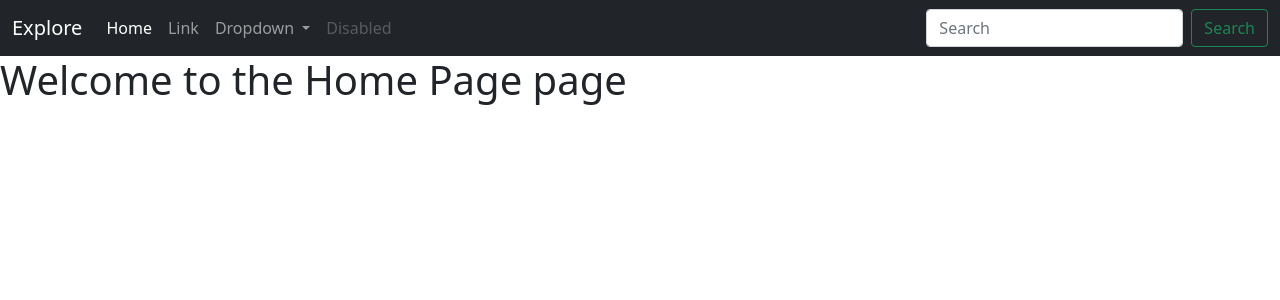
Repository: Survey-Wizard/SurveyWizard
Page: http://localhost/
An editor plug-in stored every save of this project. The page is shown before and after a run of saves, followed by the edit.
The browser window is 1280 px wide. The pictures show the whole page.
The page is served by the project's Node server (server.js). Other server files are loaded and not shown.

Above is the page before, as saved 2021-05-30 09:53:37.

### views/index.ejs
<!DOCTYPE html>
<html lang="en">
<head>
  <meta charset="UTF-8">
  <meta http-equiv="X-UA-Compatible" content="IE=edge">
  <meta name="viewport" content="width=device-width, initial-scale=1.0">
  <title><%= title %></title>
  <link rel='stylesheet' href='/bootstrap/dist/css/bootstrap.min.css' />
  <link rel='stylesheet' href='/@fortawesome/fontawesome-free/css/all.min.css' />
  <link rel='stylesheet' href='/Content/app.css' />

</head>
<body>

  <nav class="navbar navbar-expand-lg navbar-dark bg-dark">
    <div class="container-fluid">
      <a class="navbar-brand" href="#">Explore</a>

      <div class="collapse navbar-collapse" id="navbarSupportedContent">
        <ul class="navbar-nav me-auto mb-2 mb-lg-0">
          <li class="nav-item">
            <a class="nav-link active" aria-current="page" href="#">Home</a>
          </li>
          <li class="nav-item">
            <a class="nav-link" href="#">Link</a>
          </li>
          <li class="nav-item dropdown">
            <a class="nav-link dropdown-toggle" href="#" id="navbarDropdown" role="button" data-bs-toggle="dropdown" aria-expanded="false">
              Dropdown
            </a>
            <ul class="dropdown-menu" aria-labelledby="navbarDropdown">
              <li><a class="dropdown-item" href="#">Action</a></li>
              <li><a class="dropdown-item" href="#">Another action</a></li>
              <li><hr class="dropdown-divider"></li>
              <li><a class="dropdown-item" href="#">Something else here</a></li>
            </ul>
          </li>
          <li class="nav-item">
            <a class="nav-link disabled" href="#" tabindex="-1" aria-disabled="true">Disabled</a>
          </li>
        </ul>
        <form class="d-flex">
          <input class="form-control me-2" type="search" placeholder="Search" aria-label="Search">
          <button class="btn btn-outline-success" type="submit">Search</button>
        </form>
      </div>
    </div>
  </nav>


  <h1>Welcome to the <%= title %> page</h1>


  <script src="/jquery/dist/jquery.min.js"></script>
  <script src="/bootstrap/dist/css/bootstrap.min.js"></script>
  <script src="/Scripts/app.js"></script>

</body>
</html>

### server.js
#!/usr/bin/env node

/**
 * Module dependencies.
 */

var app = require('./app');
var debug = require('debug')('assignment-1-portfolio:server');
var http = require('http');

/**
 * Get port from environment and store in Express.
 */

var port = normalizePort(process.env.PORT || '3000');
app.set('port', port);

/**
 * Create HTTP server.
 */

var server = http.createServer(app);

/**
 * Listen on provided port, on all network interfaces.
 */

server.listen(port);
server.on('error', onError);
server.on('listening', onListening);

/**
 * Normalize a port into a number, string, or false.
 */

function normalizePort(val) {
  var port = parseInt(val, 10);

  if (isNaN(port)) {
    // named pipe
    return val;
  }

  if (port >= 0) {
    // port number
    return port;
  }

  return false;
}

/**
 * Event listener for HTTP server "error" event.
 */

function onError(error) {
  if (error.syscall !== 'listen') {
    throw error;
  }

  var bind = typeof port === 'string'
    ? 'Pipe ' + port
    : 'Port ' + port;

  // handle specific listen errors with friendly messages
  switch (error.code) {
    case 'EACCES':
      console.error(bind + ' requires elevated privileges');
      process.exit(1);
      break;
    case 'EADDRINUSE':
      console.error(bind + ' is already in use');
      process.exit(1);
      break;
    default:
      throw error;
  }
}

/**
 * Event listener for HTTP server "listening" event.
 */

function onListening() {
  var addr = server.address();
  var bind = typeof addr === 'string'
    ? 'pipe ' + addr
    : 'port ' + addr.port;
  debug('Listening on ' + bind);
}

### routes/index.js
var express = require('express');
var router = express.Router();


/* GET home page. */
router.get('/', function(req, res, next) {
  res.render('index', { title: 'Home Page' });
});

/* GET home page. */
router.get('/home', function(req, res, next) {
  res.render('index', { title: 'Home Page' });
});

/* GET About page. */
router.get('/about', function(req, res, next) {
  res.render('index', { title: 'About' });
});

/* GET Projects page. */
router.get('/projects', function(req, res, next) {
  res.render('index', { title: 'Projects' });
});

/* GET Services page. */
router.get('/services', function(req, res, next) {
  res.render('index', { title: 'Services' });
});

/* GET Contact page. */
router.get('/contact', function(req, res, next) {
  res.render('index', { title: 'Contact Me' });
});



module.exports = router;

### app.js
let createError = require('http-errors');
let express = require('express');
let path = require('path');
let cookieParser = require('cookie-parser');
let logger = require('morgan');

let indexRouter = require('./routes/index');
let usersRouter = require('./routes/users');

let app = express();

// view engine setup
app.set('views', path.join(__dirname, 'views'));
app.set('view engine', 'ejs');

app.use(logger('dev'));
app.use(express.json());
app.use(express.urlencoded({ extended: false }));
app.use(cookieParser());
app.use(express.static(path.join(__dirname, 'public')));
app.use(express.static(path.join(__dirname, 'node_modules')));
app.use('/', indexRouter);
app.use('/users', usersRouter);

// catch 404 and forward to error handler
app.use(function(req, res, next) {
  next(createError(404));
});

// error handler
app.use(function(err, req, res, next) {
  // set locals, only providing error in development
  res.locals.message = err.message;
  res.locals.error = req.app.get('env') === 'development' ? err : {};

  // render the error page
  res.status(err.status || 500);
  res.render('error');
});

module.exports = app;

### public/Content/app.css
/* Custom css */

### public/Scripts/app.js
(function (){

    function Start ()
    {
        console.log("App Started...");

    }

    window.addEventListener("load", Start);

})();

After the next 2 saves:
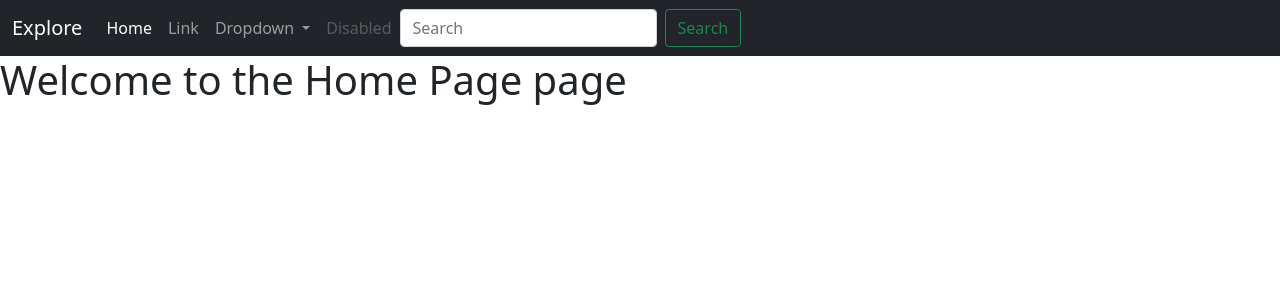
The 2 saves are shown as one change because they came seconds apart.
The last was saved 74 s later.
--- a/views/index.ejs
+++ b/views/index.ejs
@@ -17,7 +17,7 @@
       <a class="navbar-brand" href="#">Explore</a>
 
       <div class="collapse navbar-collapse" id="navbarSupportedContent">
-        <ul class="navbar-nav me-auto mb-2 mb-lg-0">
+        <ul class="navbar-nav ml-auto">
           <li class="nav-item">
             <a class="nav-link active" aria-current="page" href="#">Home</a>
           </li>
